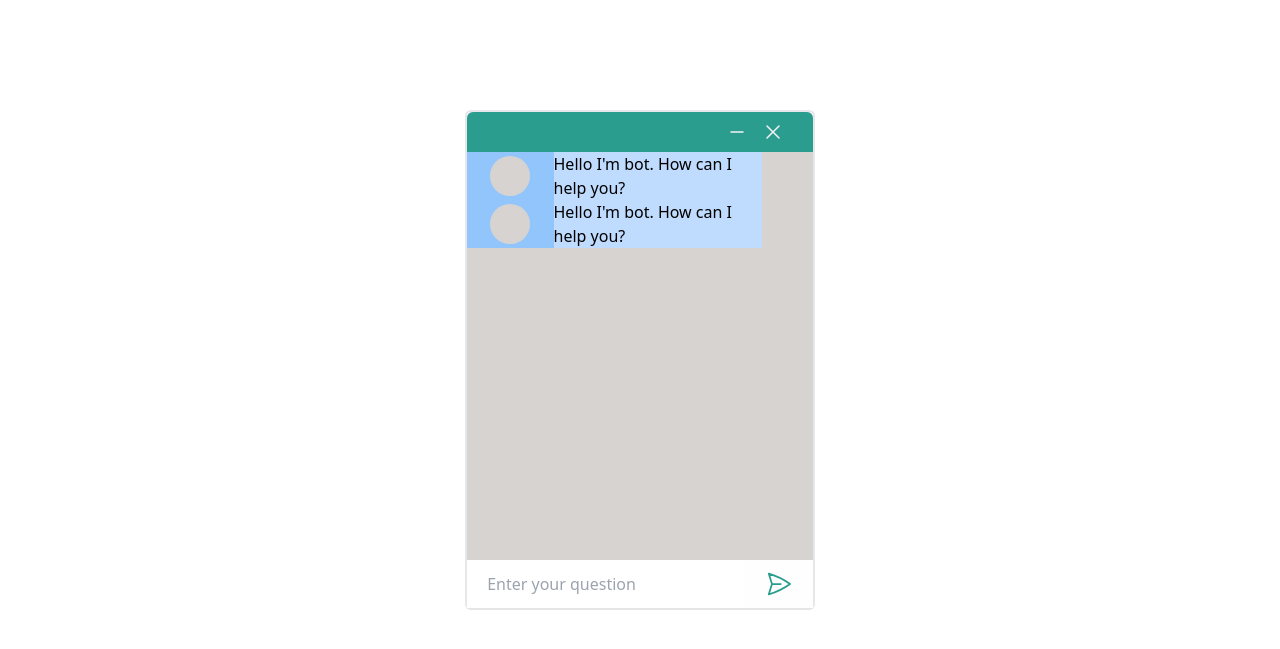
Repository: hsumyatm7308/Chatbot
Page: index.html
The author's editor kept a copy of each file at every save. The page is drawn from the files as they stood at one save, then again after the next save.
The browser window is 1280 px wide. The pictures show the whole page.
Some web libraries are served in a nearby version.

Above is the page before, as saved 2023-07-09 11:24:35.

After the next save:
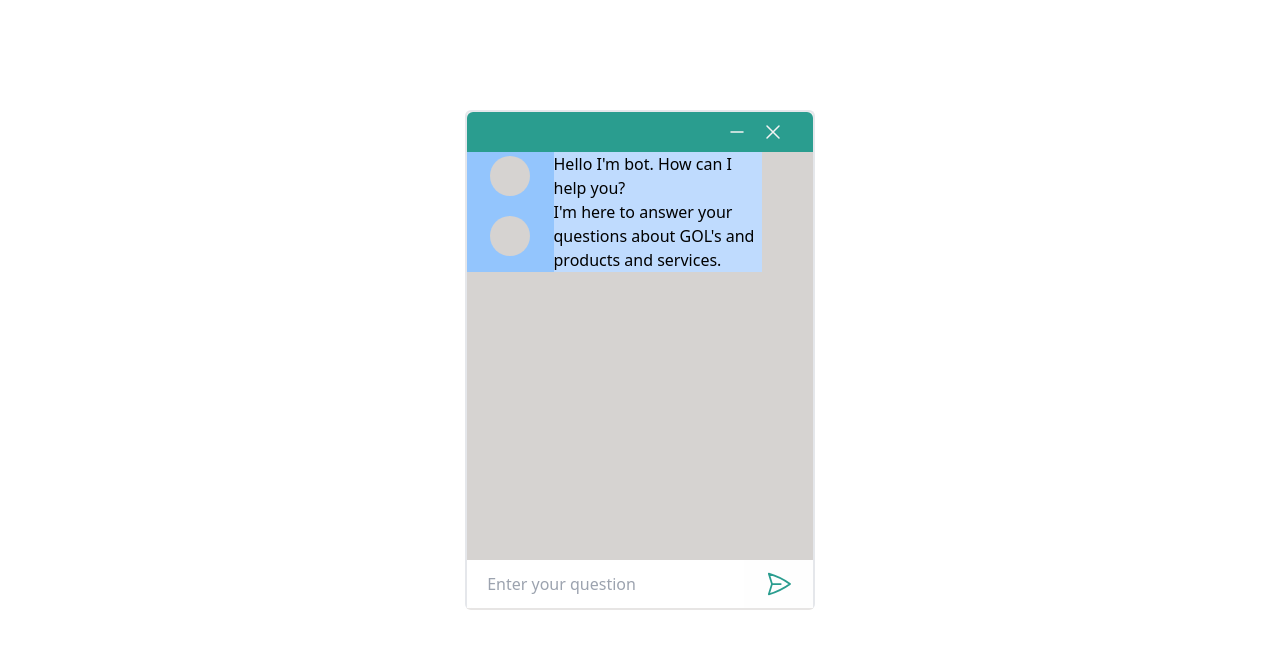
Saved 113 s later.
--- a/index.html
+++ b/index.html
@@ -50,7 +50,7 @@
                     <div class=" bg-blue-200 col-span-3">
                          <div class="w-full h-auto bg-stone-300">
                                  <div class="w-52 h-full bg-blue-200">
-                                     <span>Hello I'm bot. How can I help you?</span>
+                                     <span>I'm here to answer your questions about GOL's and products and services.</span>
                                  </div>
                          </div>
                     </div>
